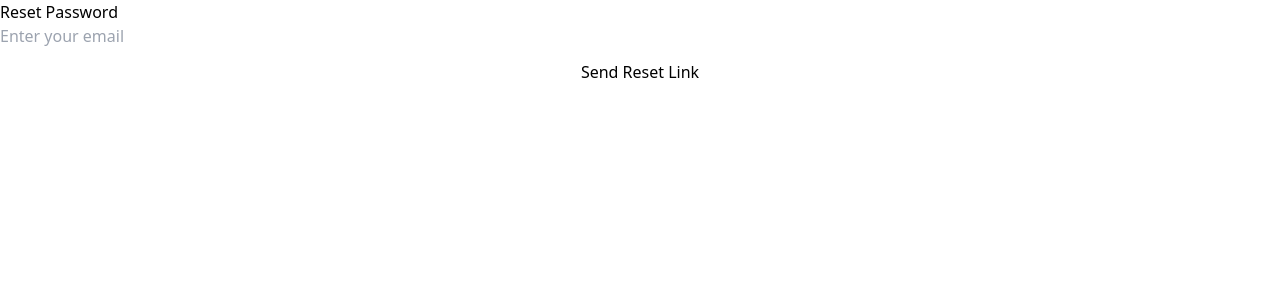
Repository: IssaMuiz/ifarmstock-admin
Page: /forgot-password
These files come from the project's save history. The page is drawn as it stood at one moment and after the next save; the edit follows.
The browser window is 1280 px wide. The pictures show the whole page.
The project was rebuilt for these pictures with package versions that can differ from the ones it lists, and the page was loaded fresh each time. The framework's server and built-in components were replaced by stand-ins that run in the browser. Also part of the build but not shown: next.config.mjs.

Above is the page before, as saved 2024-09-30 08:08:38.

### app/layout.tsx
import type { Metadata } from "next";
import localFont from "next/font/local";
import "./globals.css";
import ClientSessionProvider from "../components/clientSessionProvider";


const geistSans = localFont({
  src: "./fonts/GeistVF.woff",
  variable: "--font-geist-sans",
  weight: "100 900",
});
const geistMono = localFont({
  src: "./fonts/GeistMonoVF.woff",
  variable: "--font-geist-mono",
  weight: "100 900",
});

export const metadata: Metadata = {
  title: "iFarmStock-admin",
  description: "Generated by create next app",
};

export default function RootLayout({
  children,
}: Readonly<{
  children: React.ReactNode;
}>) {
  return (
    <html lang="en">
      <body
        className={`${geistSans.variable} ${geistMono.variable} antialiased`}
      >
        <ClientSessionProvider>{children}</ClientSessionProvider>
      </body>
    </html>
  );
}

### app/forgot-password/page.tsx
"use client";
import React from "react";
import { useState } from "react";
import axios from "axios";

const ForgotPassword = () => {
  const [email, setEmail] = useState("");
  const [message, setMessage] = useState("");
  const [loading, setLoading] = useState(false);

  const handleSubmit = async (e: React.FormEvent) => {
    e.preventDefault();
    setLoading(true);
    try {
      const res = await axios.post("/api/forgot-password", { email });
      if (res.status == 200 || res.status == 201) {
        console.log("link sent successfuly");
        setMessage("Password link has been sent to your email");
        setEmail("");
      }

      // eslint-disable-next-line @typescript-eslint/no-explicit-any
    } catch (error: any) {
      setMessage(error.res?.data?.message || "Something went wrong");
    } finally {
      setLoading(false);
    }
  };
  return (
    <div>
      <h2>Reset Password</h2>
      <form className="flex flex-col gap-3" onSubmit={handleSubmit}>
        <input
          type="email"
          placeholder="Enter your email"
          value={email}
          onChange={(e) => setEmail(e.target.value)}
          required
        />
        <button type="submit">
          {loading ? "Sending...." : "Send Reset Link"}
        </button>
      </form>
      {message && <p>{message}</p>}
    </div>
  );
};

export default ForgotPassword;

### components/clientSessionProvider.tsx
"use client";

import { SessionProvider } from "next-auth/react";
import { ReactNode } from "react";

export default function ClientSessionProvider({
  children,
}: {
  children: ReactNode;
}) {
  return <SessionProvider>{children}</SessionProvider>;
}

Loaded but not shown: app/globals.css (common file); tailwind.config.ts (common file)

After the next save:
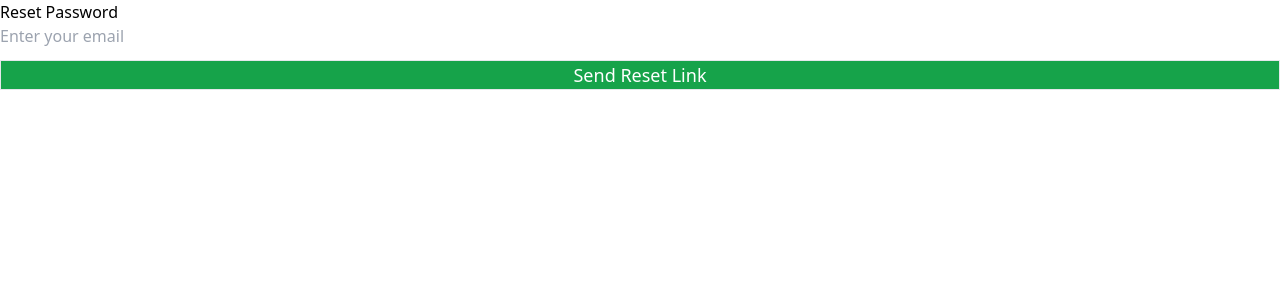
Saved 114 s later.
--- a/app/forgot-password/page.tsx
+++ b/app/forgot-password/page.tsx
@@ -37,7 +37,10 @@ const ForgotPassword = () => {
           onChange={(e) => setEmail(e.target.value)}
           required
         />
-        <button type="submit">
+        <button
+          className="border bg-green-600 text-white text-lg text-semibold"
+          type="submit"
+        >
           {loading ? "Sending...." : "Send Reset Link"}
         </button>
       </form>
